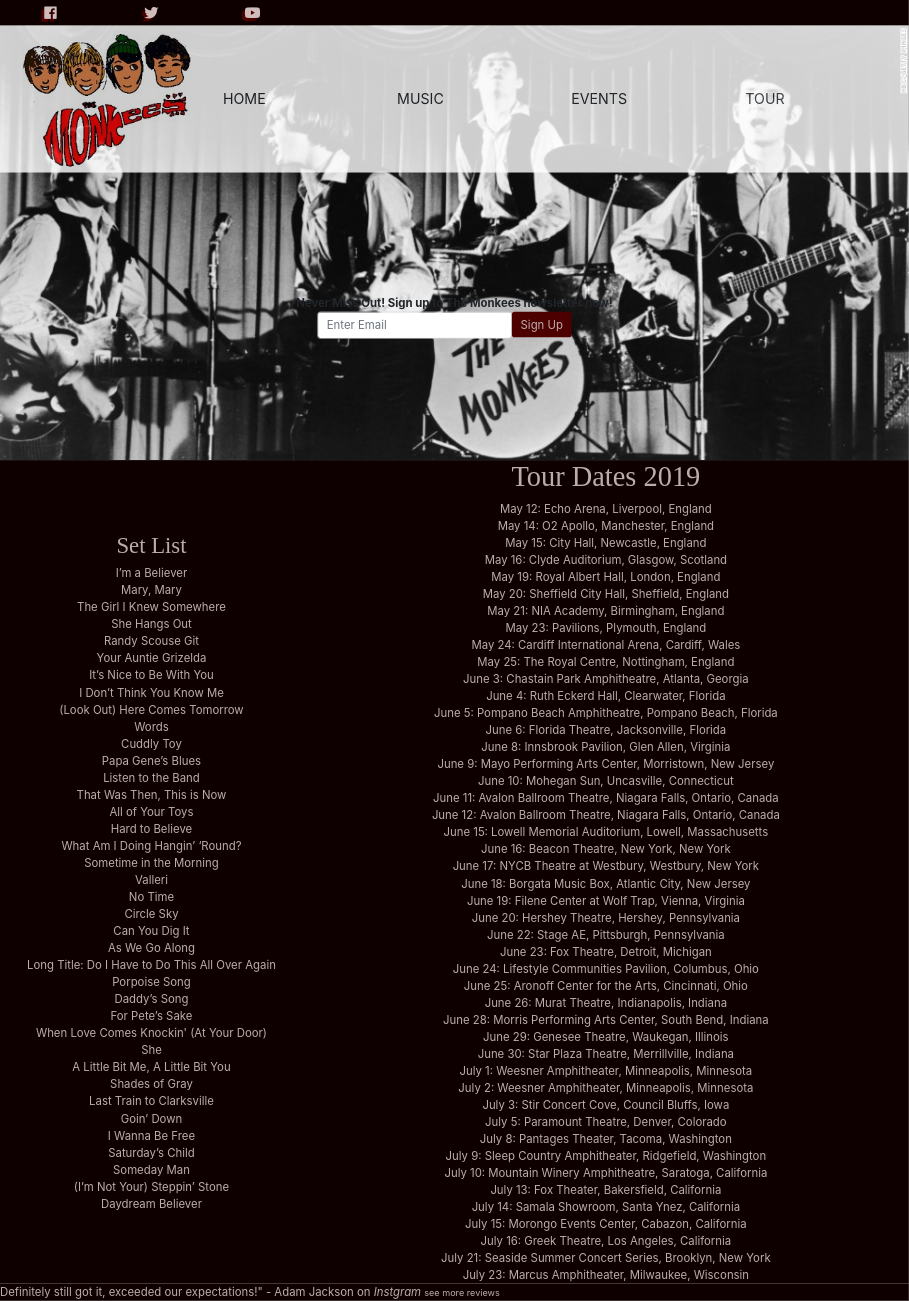
Repository: Heywood93/first-milestone-project
Page: tour.html
The author's editor kept a record of every edit. The page is drawn from the files as they stood at one moment, then again after the next edit.
The browser window is 1280 px wide. The pictures show the whole page, at 71% of full size.
Some web fonts or font styles are not loaded; a fallback is used. Some web libraries are served in a nearby version.

Above is the page before.

After the next edit:
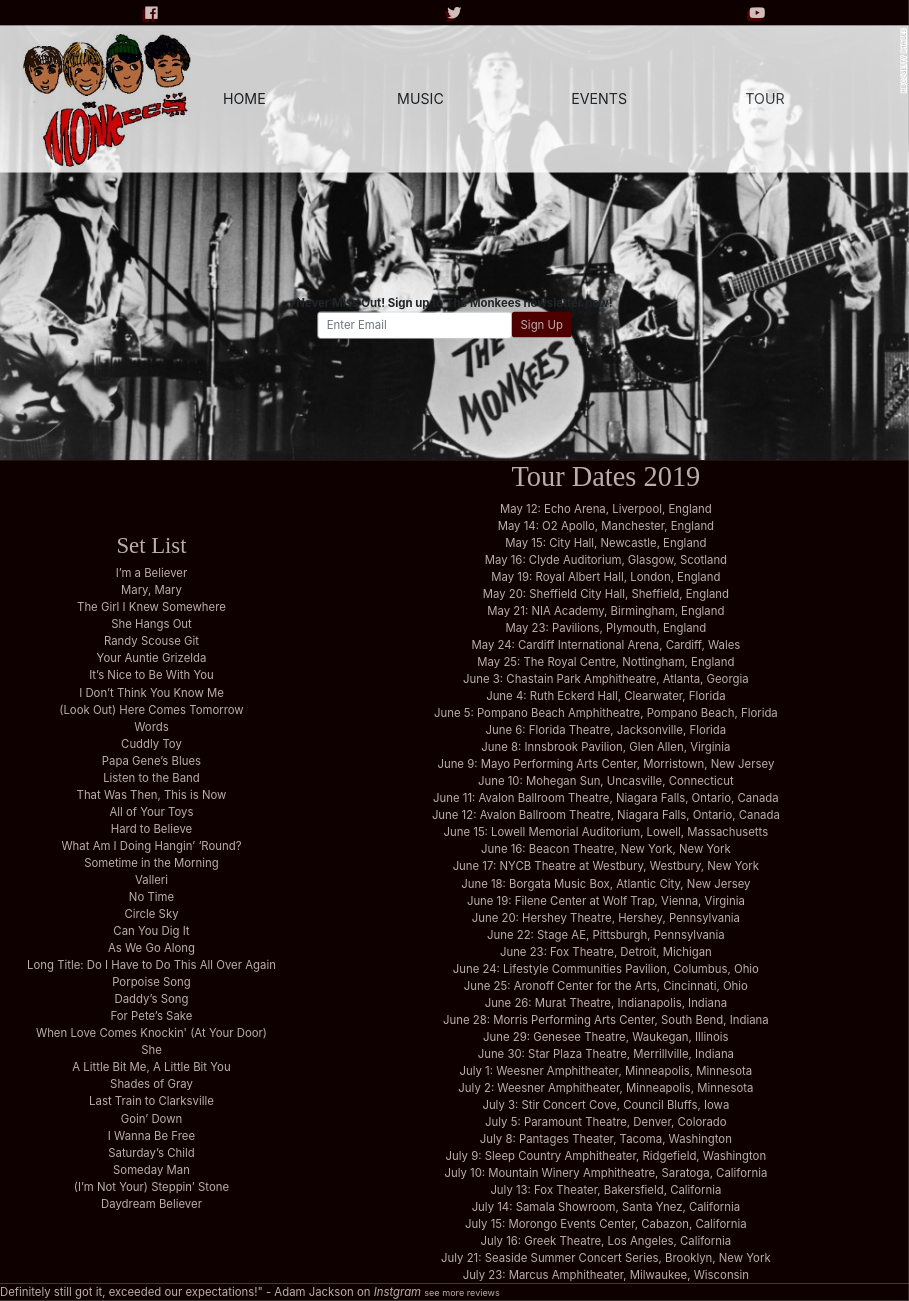
The edit:
--- a/tour.html
+++ b/tour.html
@@ -15,7 +15,7 @@
 
     <header class="container-fluid">
         <div class="row">
-            <div class="col-md-4 d-none d-md-block">
+            <div class="col-md-12 d-none d-md-block">
                 <div class="row">
                     <a class="col btn btn-lg fab fa-facebook" href="https://www.facebook.com/TheMonkees/" target="_blank"></a>
                     <a class="col btn btn-lg fab fa-twitter" href="https://twitter.com/TheMonkees" target="_blank"></a>
